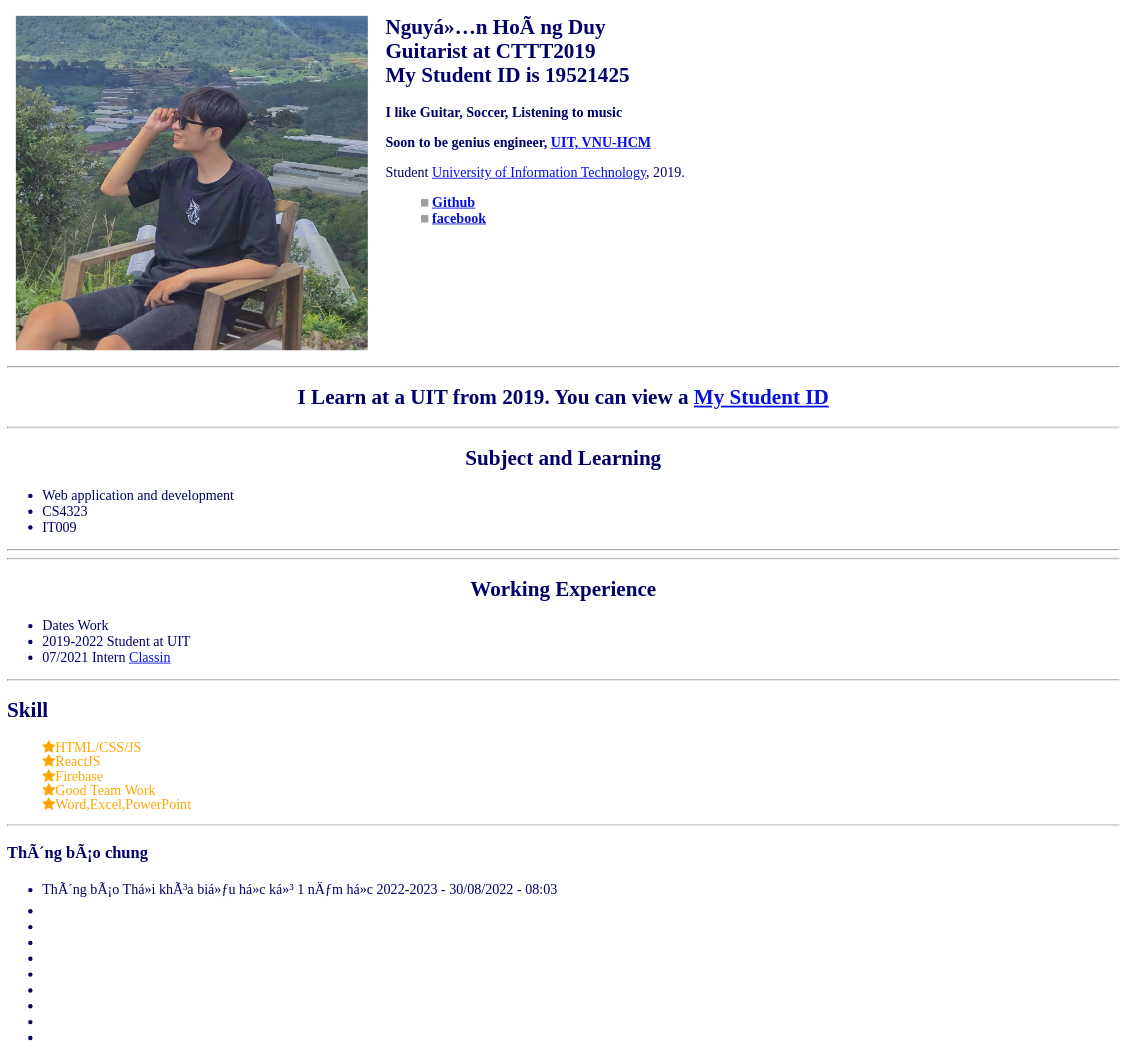
Repository: HoangDuy315/web-dev2022
Page: ex2.html
These files come from the project's save history. The page is drawn as it stood at one moment and after the next save; the edit follows.
The browser window is 1280 px wide. The pictures show the whole page, at 88% of full size.
Pictures or frames that could not be fetched are drawn as grey boxes.

Above is the page before, as saved 2022-09-22 15:27:55.

After the next save:
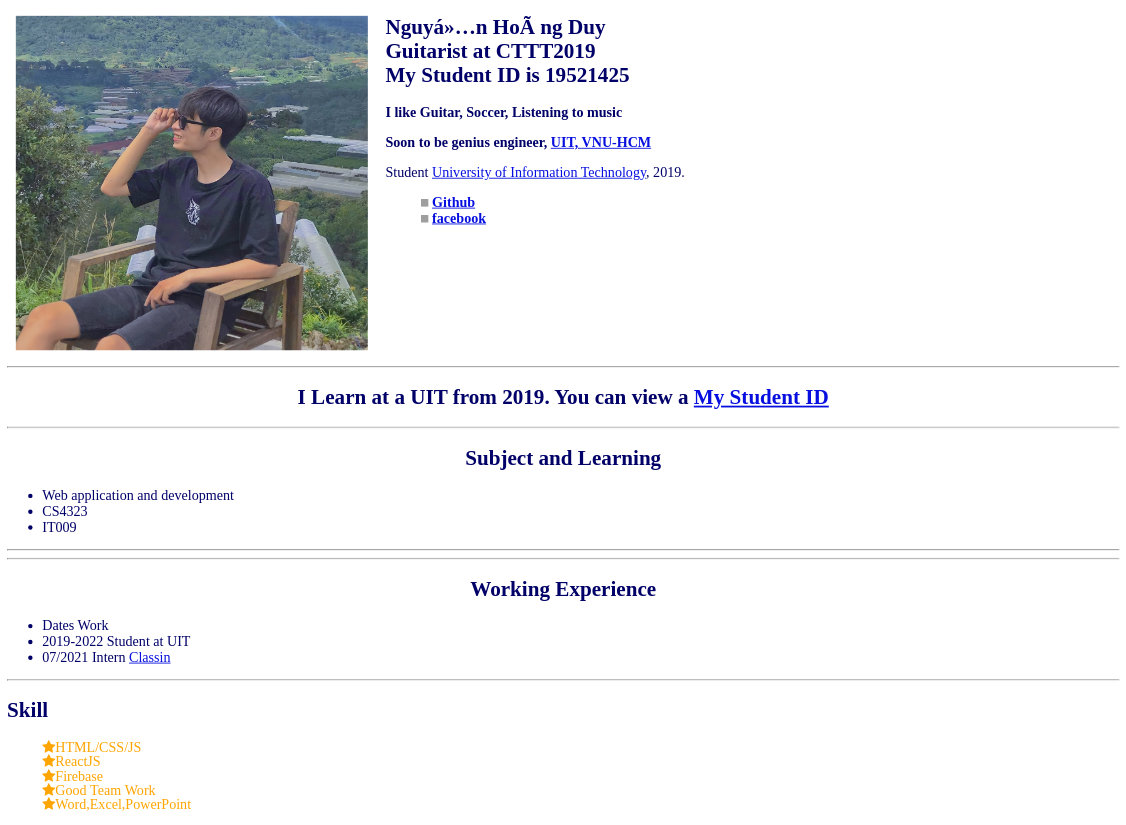
Saved 10 s later.
--- a/ex2.html
+++ b/ex2.html
@@ -89,21 +89,7 @@ Student <a href="https://www.uit.edu.vn/">University of Information Technology</
 </hr>
 
 
-<hr>
-    <h3>Thông báo chung</h3>
-</hr>
-<ul>
-    <li>Thông báo Thời khóa biểu học kỳ 1 năm học 2022-2023 - 30/08/2022 - 08:03</li>
-    <li></li>
-    <li></li>
-    <li></li>
-    <li></li>
-    <li></li>
-    <li></li>
-    <li></li>
-    <li></li>
-    <li></li>
-</ul>
+
 
 </script>
 
